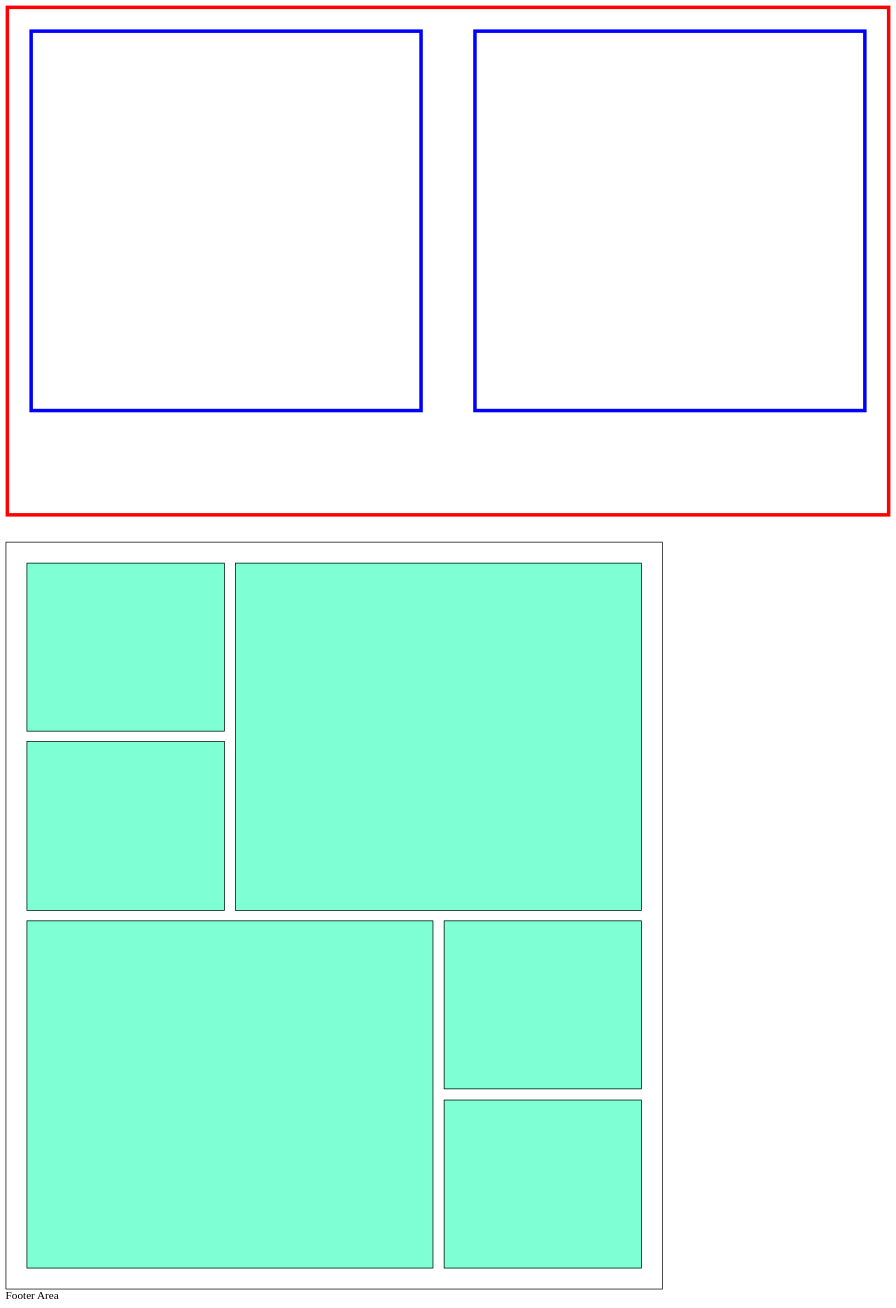
Repository: BwesewB/Brutalist-Website
Page: /
An editor plug-in stored every save of this project. The page is shown before and after the next save, followed by the edit.
The browser window is 1280 px wide. The pictures show the whole page, at 70% of full size.
The project was rebuilt for these pictures with package versions that can differ from the ones it lists, and the page was loaded fresh each time. The framework's server and built-in components were replaced by stand-ins that run in the browser. Also part of the build but not shown: next.config.mjs.

Above is the page before, as saved 2024-02-03 17:37:48.

### pages/index.js
import Head from "next/head";
import Image from "next/image";
import styles from "@/styles/Home.module.css";
import { useState } from "react";



export default function Home() {

  const[input,setInput] = useState();


  const classFilters = {
    1: 'Magician',
    2: 'Theif',
    4: 'Warrior',
    8: 'Bowman',
    16: 'Pirate',
    32: 'Nothing'
  }

const getClassStyle = flagValue => (input & flagValue) > 0 ? { backgroundColor: 'yellow'} : null;

  return (
    <>
      <Head>
        <title>Create Next App</title>
        <meta name="description" content="Generated by create next app" />
        <meta name="viewport" content="width=device-width, initial-scale=1" />
        <link rel="icon" href="/favicon.ico" />
      </Head>
      <main className={`${styles.main}`}>
        <div className={styles.titlePage}>
          <div className={styles.graphic}></div>
          <div className={styles.displayPanel}>
            <div className={styles.inputArea}></div>
          </div>
        </div>
        <div className={styles.displayArea}>
          <div className={styles.posterOne}></div>
          <div className={styles.posterTwo}></div>
          <div className={styles.posterThree}></div>
          <div className={styles.posterFour}></div>
          <div className={styles.posterFive}></div>
          <div className={styles.posterSix}></div>
        </div>
      </main>
      <footer>
        Footer Area
      </footer>
    </>
  );
}

{/* <div class="inputArea">
<input
id="input"
type="text"
placeholder="bitmask decimal value"
value={input}
onChange={event => setInput(event.target.value)}
/>
</div>
<div class="posterArea" >                                                             need to change to posters
<table>
  <tbody>
    {
      Object.keys(classFilters).map(item => (
        <tr key={item} style={getClassStyle(item)}>
          <td>{item}</td>
          <td>{classFilters[item]}</td>
        </tr>
      ))
    }
  </tbody>
</table>
</div> */}

### styles/globals.css
:root{

}

### styles/Home.module.css
.main {
  display:grid;
  grid-template-columns: repeat(4, 1fr);
  gap:5vh;
}

/* <div class="titlePage">
<div class="graphic"></div>
<div class="inputArea"></div>
</div>
<div class="displayArea">
<div class="posterOne"></div>
<div class="posterTwo"></div>
<div class="posterThree"></div>
<div class="posterFour"></div>
<div class="posterFive"></div>
<div class="posterSix"></div>
</div> */

.titlePage{
  height:100vh;
  grid-column: 1/5;
  border: 5px solid red;
/*---------------------------------------------------------------------------------------------------------*/
  display:grid;
  grid-template-columns: repeat(2, 1fr);
  gap:2vh;
}

.graphic, .displayPanel{
  border: 5px solid blue;
  margin:4vh;
  margin-bottom:20vh;
}

.graphic{
  grid-column: 1/2;
}

.displayPanel{
  grid-column: 2/3;
  grid-template-columns: repeat(2, 1fr);
  gap:4vh
}

.inputArea{
}

/*---------------------------------------------------------------------------------------------------------*/
.displayArea {
  grid-column: 1/4;
/*--------------------------------------------------------------------------------------------------------- This needs to be in a component*/
  display: grid;
  grid-template-columns: repeat(3, 1fr);
  grid-template-rows: repeat(4, 1fr);
  gap: 2vh;
  border: 1px solid black;
  height:140vh;
  padding: 4vh;
}
/*---------------------------------------------------------------------------------------------------------*/

.posterOne,
.posterTwo,
.posterThree,
.posterFour,
.posterFive,
.posterSix {
  background-color: aquamarine;
  border: 1px solid black;
}

.posterTwo{
  grid-column: 2/4;
  grid-row: 1/3;
}

.posterFour{
  grid-column: 1/3;
  grid-row: 3/5;
}

Loaded but not shown: pages/_app.js (common file); pages/_document.js (common file)

After the next save:
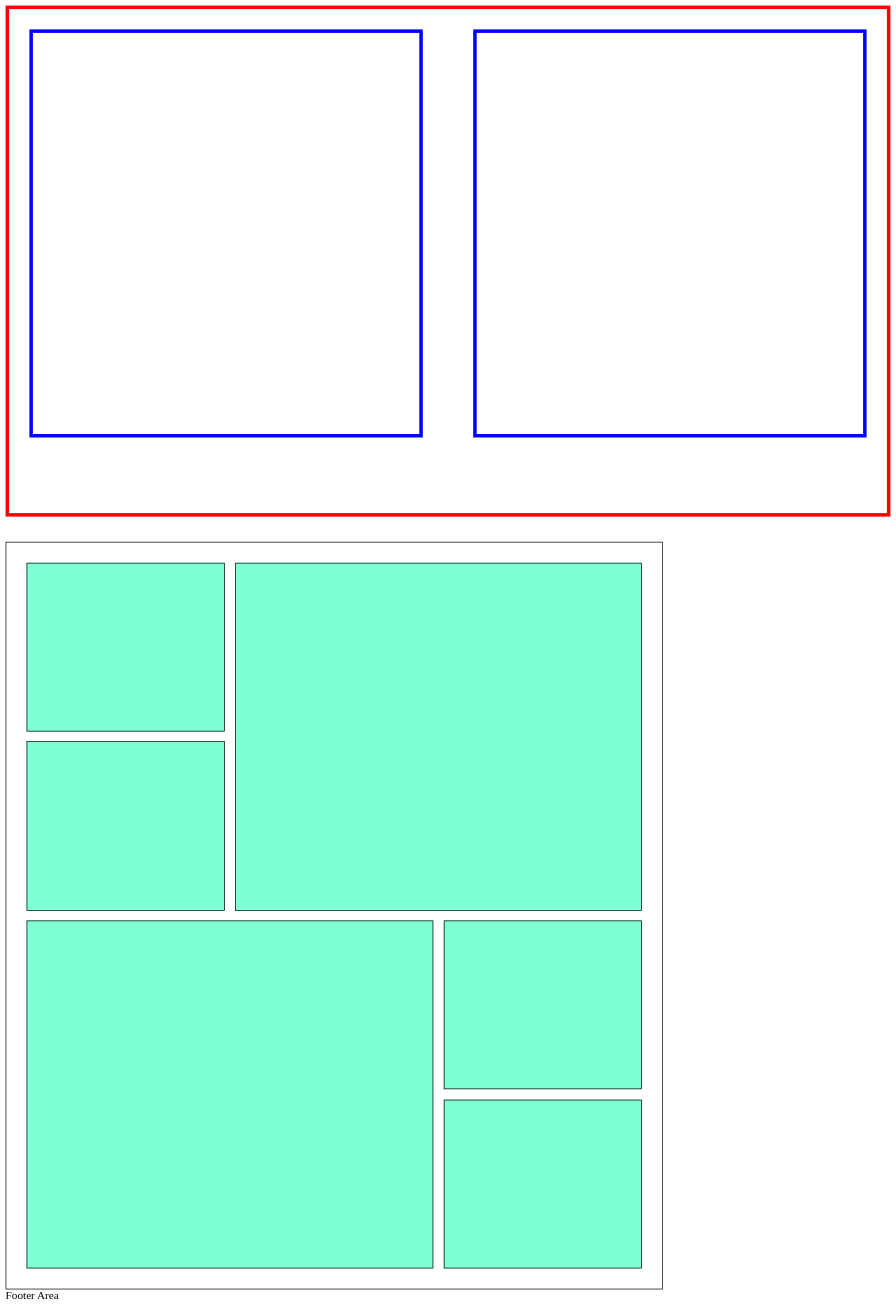
Saved 13 s later.
--- a/styles/Home.module.css
+++ b/styles/Home.module.css
@@ -30,7 +30,7 @@
 .graphic, .displayPanel{
   border: 5px solid blue;
   margin:4vh;
-  margin-bottom:20vh;
+  margin-bottom:15vh;
 }
 
 .graphic{
